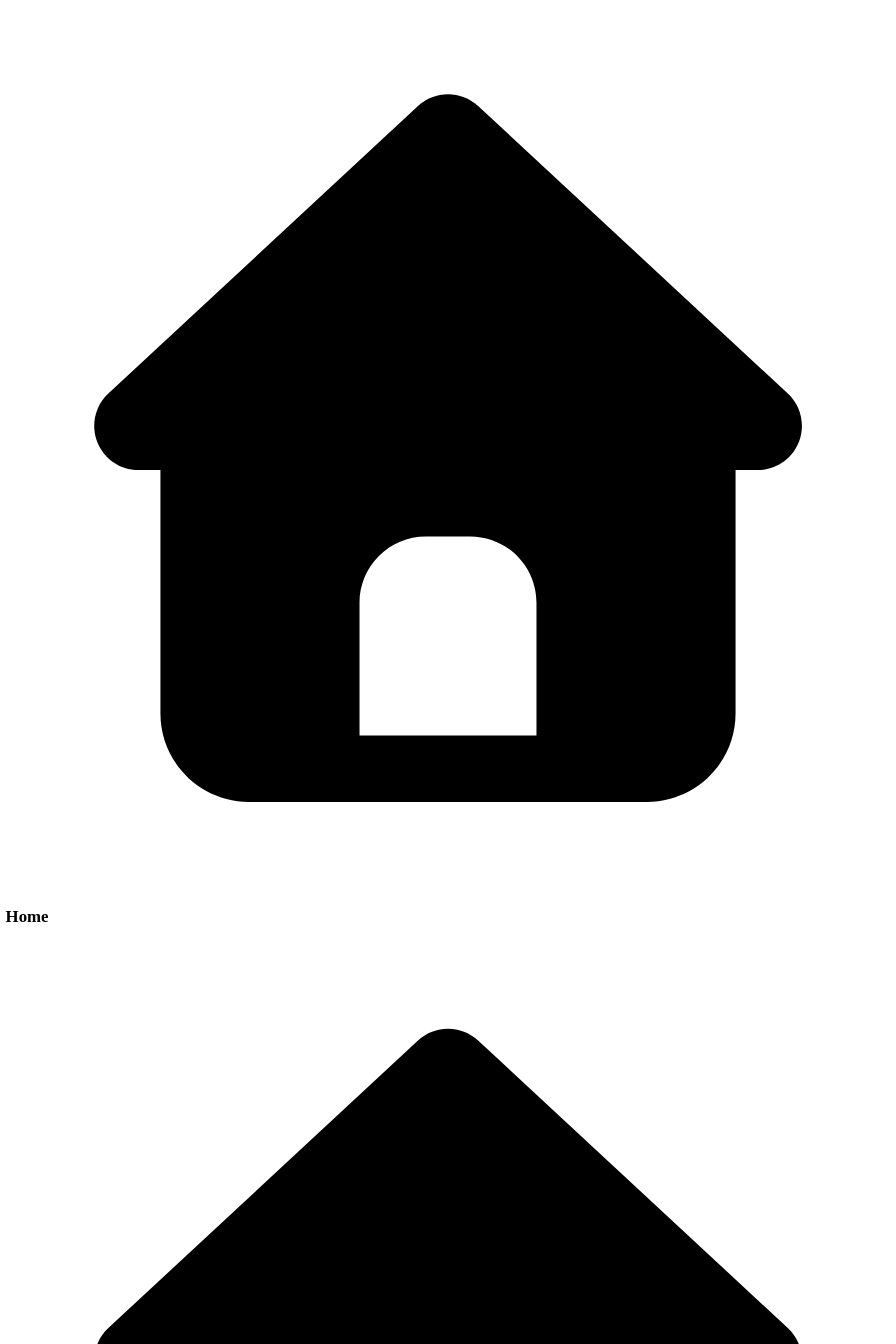
Repository: iocolopus/learn_web
Page: sandertracker_1/index.html
The author's editor kept a copy of each file at every save. The page is drawn from the files as they stood at one save, then again after the next save.
The browser window is 1280 px wide. The pictures show the part of the page from y = 0 to 1920 px (the page is 4012 px tall before and 2683 px after), at 70% of full size.

Above is the page before, as saved 2026-02-18 19:06:52.

### sandertracker_1/index.html
<!DOCTYPE html>
<html lang="en">
<head>
    <meta charset="UTF-8">
    <meta name="viewport" content="width=device-width, initial-scale=1.0">
    <title>sandertracker_v1</title>
    <link rel="shortcut icon" href="favicon.ico" type="image/x-icon">
</head>
<body>
    <div class="navBar">
        <div class="navItem">
            <img src="media/house-solid-full.svg" alt="more" class="navIcon">
            <h2 class="navText">Home</h2>
        </div>

        <div class="navItem"></div>
            <img src="media/house-solid-full.svg" alt="more" class="navIcon">
            <h2 class="navText">Home</h2>
        </div>

        <div class="navItem"></div>
            <img src="media/medal-solid-full.svg" alt="more" class="navIcon">
            <h2 class="navText">Home</h2>
        </div>
    </div>



</body>
</html>

### sandertracker_1/styles.css
* {
    margin: 0;
}



.navItem .navIcon{
    width: 30px;
    height: 30px;
    max-width: 30px;
    max-height: 30px;
    object-fit: contain;
}

.navBar {

}

.navBar .navText{

}

After the next save:
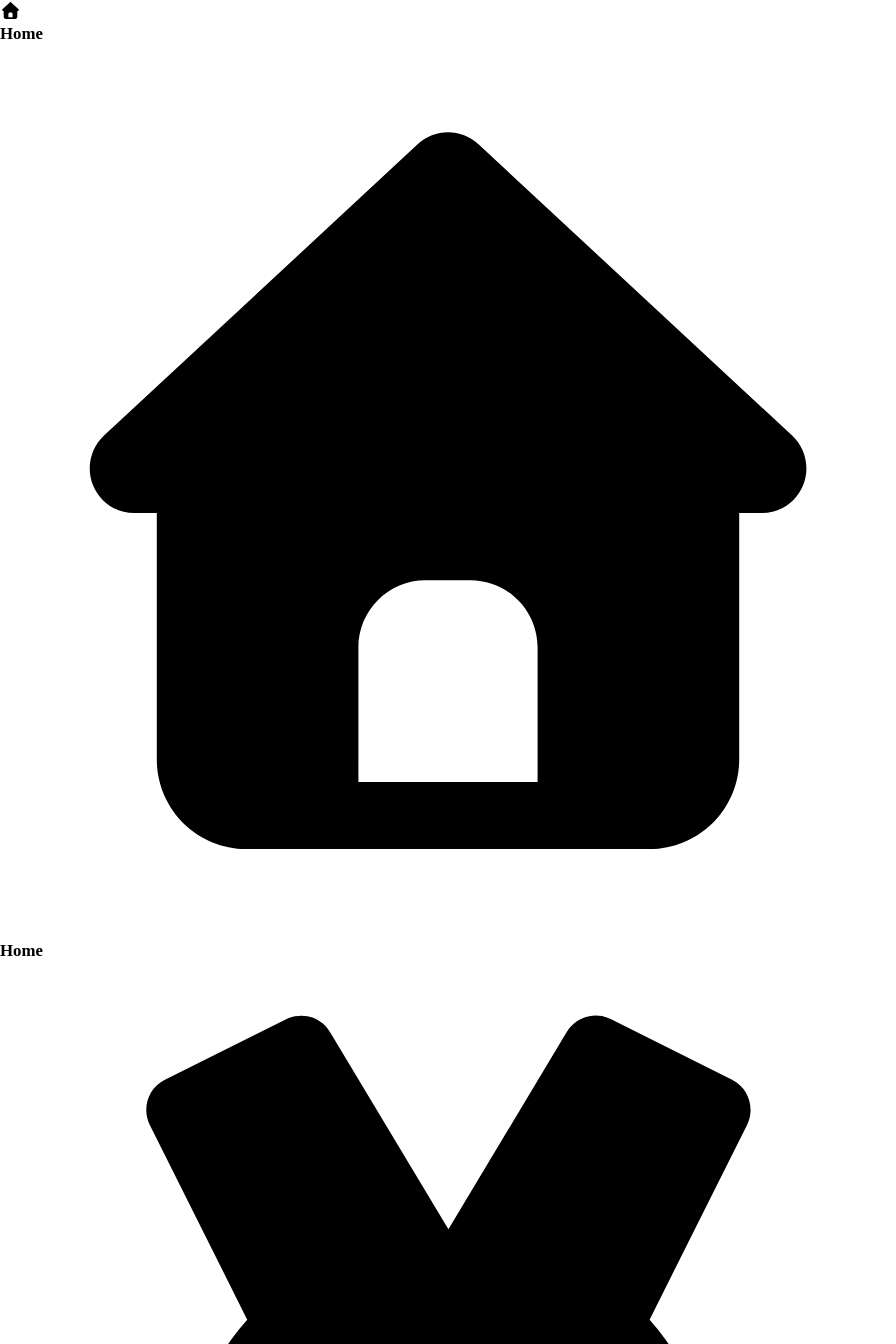
Saved 87 s later.
--- a/sandertracker_1/index.html
+++ b/sandertracker_1/index.html
@@ -5,6 +5,7 @@
     <meta name="viewport" content="width=device-width, initial-scale=1.0">
     <title>sandertracker_v1</title>
     <link rel="shortcut icon" href="favicon.ico" type="image/x-icon">
+    <link rel="stylesheet" href="styles.css">
 </head>
 <body>
     <div class="navBar">
